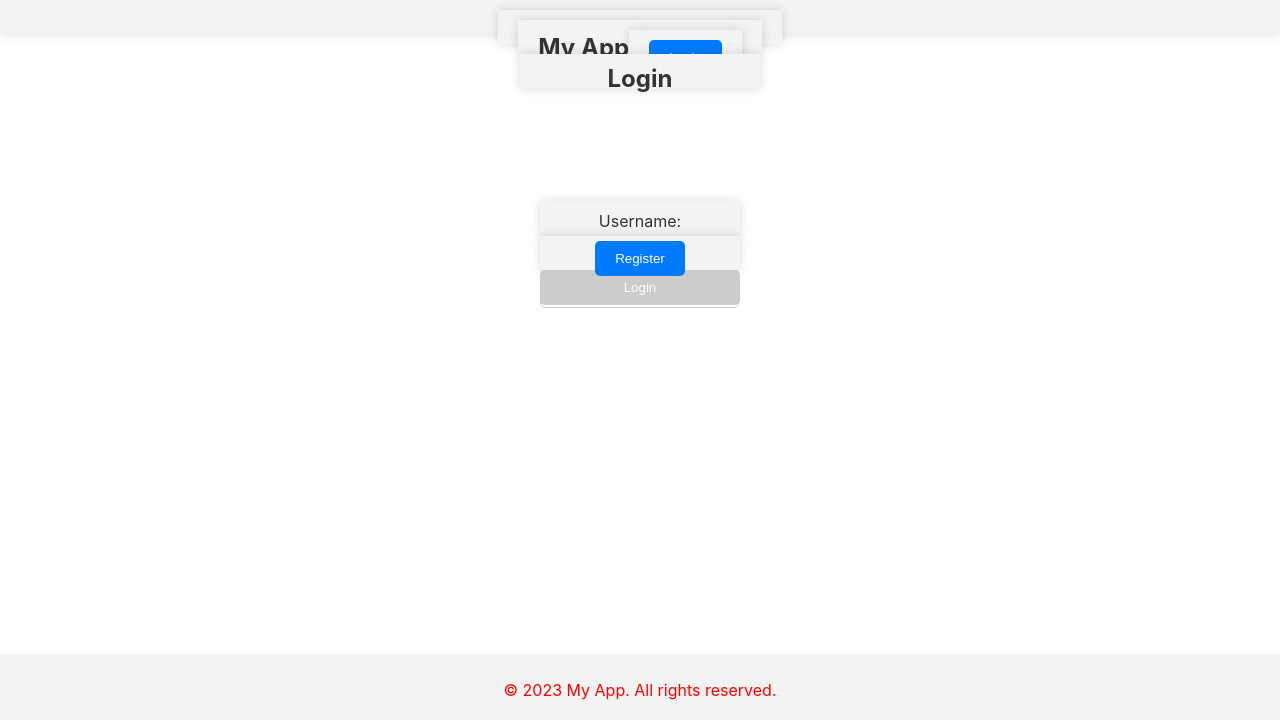
Repository: iMlearnDinG/react-app-v2
Page: /
An editor plug-in stored every save of this project. The page is shown before and after the next save, followed by the edit.
The browser window is 1280 px wide. The pictures show the whole page.
The page's requests for data from a server got no answer. The project was rebuilt for these pictures with package versions that can differ from the ones it lists, and the page was loaded fresh each time. No one was signed in, and anything a server would have sent is missing. Also part of the build but not shown: src/components/Register.js, src/components/Lobby.js, src/components/Game.js, src/components/Menu.js.

Above is the page before, as saved 2023-07-19 02:17:25.

After the next save:
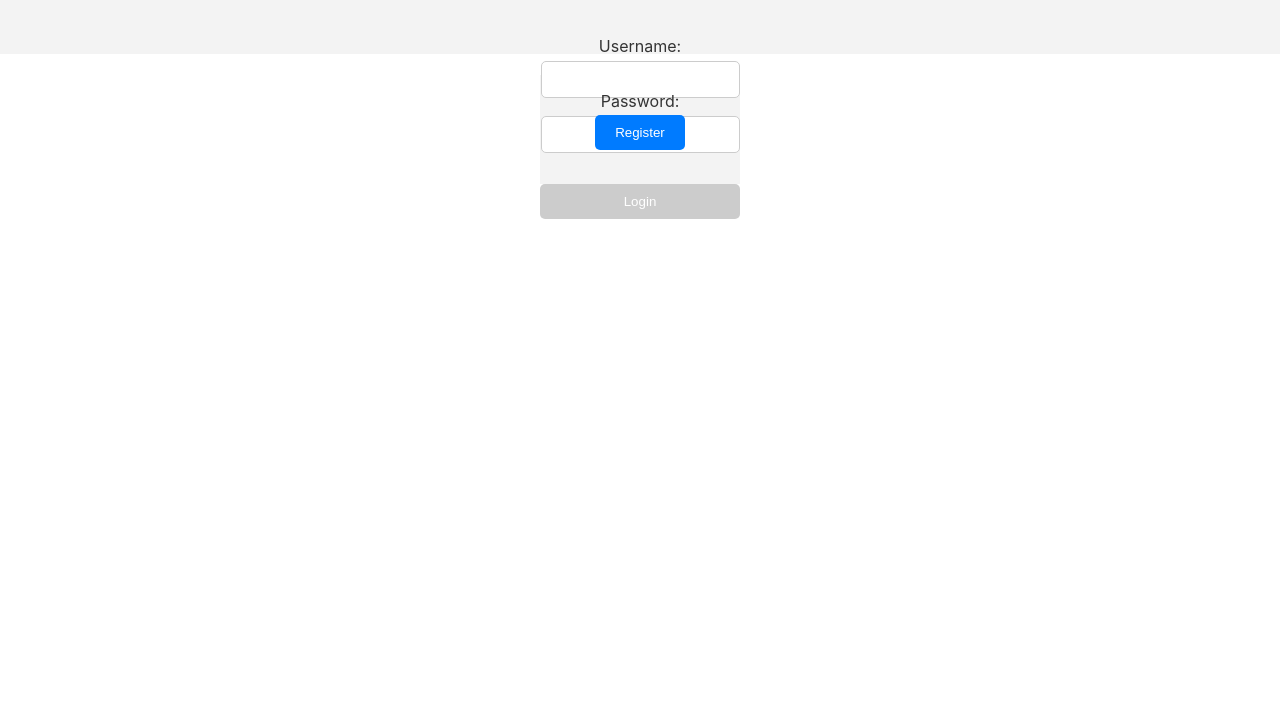
Saved 4 min 53 s later.
--- a/src/App.js
+++ b/src/App.js
@@ -6,7 +6,6 @@ import Register from './components/Register';
 import Lobby from './components/Lobby';
 import Game from './components/Game';
 import Menu from './components/Menu';
-import Navbar from './components/Navbar'
 import SessionRenewal from './SessionRenewal';
 
 function PrivateRoute({ children }) {
@@ -35,7 +34,6 @@ function App() {
     <Router>
       <div className="App">
         <AuthProvider>
-          <Navbar />
           <Routes>
             <Route path="/" element={<Login />} />
             <Route path="/login" element={<Login />} />
